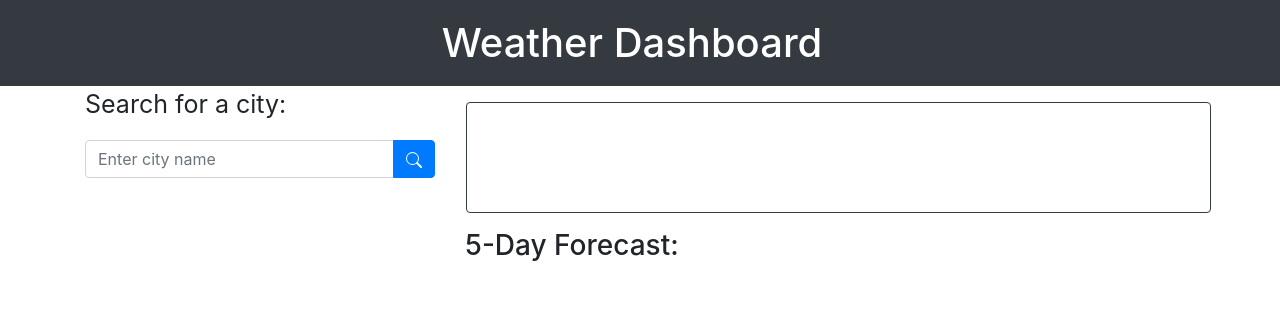
Repository: himaja830/Weather-Dashboard
Page: index.html
The author's editor kept a copy of each file at every save. The page is drawn from the files as they stood at one save, then again after the next save.
The browser window is 1280 px wide. The pictures show the whole page.
Some web libraries are served in a nearby version.

Above is the page before, as saved 2020-06-29 18:43:42.

### index.html
<!DOCTYPE html>
<html lang="en">

<head>
    <meta charset="UTF-8">
    <meta name="viewport" content="width=device-width, initial-scale=1.0">
    <title>Weather Dashboard</title>
    <link rel="stylesheet" href="https://stackpath.bootstrapcdn.com/bootstrap/4.5.0/css/bootstrap.min.css"
        integrity="sha384-9aIt2nRpC12Uk9gS9baDl411NQApFmC26EwAOH8WgZl5MYYxFfc+NcPb1dKGj7Sk" crossorigin="anonymous">
    <link rel="stylesheet" href="assets/style.css">
</head>

<body>
    <nav class="navbar navbar-dark bg-dark">
        <span class="navbar-brand mb-0 h1 w-100 text-center">Weather Dashboard</span>
    </nav>
    <div class="container">
        <div class="row">
            <div class="col-4">
                <p class="searchHeader">Search for a city:</p>
                <div class="input-group mb-3">
                    <input id="city-input" type="text" class="form-control" placeholder="Enter city name"
                        aria-label="Enter city name">
                    <div class="input-group-append">
                        <button class="btn btn-primary" type="button" id="button-addon2">
                            <svg width="1em" height="1em" viewBox="0 0 16 16" class="bi bi-search" fill="currentColor"
                                xmlns="http://www.w3.org/2000/svg">
                                <path fill-rule="evenodd"
                                    d="M10.442 10.442a1 1 0 0 1 1.415 0l3.85 3.85a1 1 0 0 1-1.414 1.415l-3.85-3.85a1 1 0 0 1 0-1.415z" />
                                <path fill-rule="evenodd"
                                    d="M6.5 12a5.5 5.5 0 1 0 0-11 5.5 5.5 0 0 0 0 11zM13 6.5a6.5 6.5 0 1 1-13 0 6.5 6.5 0 0 1 13 0z" />
                            </svg>
                        </button>
                    </div>
                </div>
                <form id="searchHistory"></form>
            </div>
            <div class="col-8">
                <div class="row mr-0">
                    <div class="col-12 border border-dark m-3 rounded">
                        <div class="row">
                            <div class="col-12">
                                <span id="city-name" class="city-name align-middle"></span>
                                <img id="wicon" src="" alt="">

                             </div>
                        </div>
                        <div class="row">
                            <div class="col-12">
                                <p id="temperature"></p>
                            </div>
                        </div>
                        <div class="row">
                            <div class="col-12">
                                <p id="humidity"></p>
                            </div>
                        </div>
                        <div class="row">
                            <div class="col-12">
                                <p id="wind-speed"></p>
                            </div>
                        </div>
                        <div class="row">
                            <div class="col-12 d-flex">
                                <p id="UV-index"></p>
                            </div>
                        </div>
                    </div>
                </div>
                <div class="row">
                    <div class="col-12">
                        <h3>5-Day Forecast:</h3>
                    </div>
                </div>
                <div class="row">
                    <div class="col forecast bg-primary text-white ml-3 mb-3 rounded" id="#day2"></div>
                    <div class="col forecast bg-primary text-white ml-3 mb-3 rounded" id="#day3"></div>
                    <div class="col forecast bg-primary text-white ml-3 mb-3 rounded" id="#day4"></div>
                    <div class="col forecast bg-primary text-white ml-3 mb-3 rounded"id="#day5"></div>
                    <div class="col forecast bg-primary text-white ml-3 mb-3 rounded" id="#day6"></div>
                </div>
            </div>
        </div>
    </div>
    <script src="https://cdnjs.cloudflare.com/ajax/libs/moment.js/2.20.1/moment.min.js"></script>
    <script src="https://cdnjs.cloudflare.com/ajax/libs/jquery/3.2.1/jquery.min.js"></script>
    <script src="assets/script.js"></script>
</body>

</html>

### assets/style.css
.navbar-brand{
    font-size:40px;
}
.searchHeader{
    font-size: 25px;
}
.city-name{
    font-size: 30px;
}

### assets/script.js
$(document).ready(function(){
//getWeatherData function re-renders the HTMLto display the appropriate content
$("#button-addon2").on("click",function(event) {
    event.preventDefault();
var now = moment().format("MMM Do YY");
var cityName = $("#city-input").val();
var apiKey = "5f584dea4905bdcfd827fd723b8f4edf";
var queryURL = "https://api.openweathermap.org/data/2.5/weather?q=" +cityName+"&units=imperial&appid=" + apiKey;
//Creating an AJAX call for the specific search button being clicked
$.ajax({
    url: queryURL,
    method: "GET"
}).then(function(response){
    $("#city-name").html(response.name + " (" + now + ")" );
   var weatherIcon = response.weather[0].icon;
   var iconUrl = "http://openweathermap.org/img/w/"+weatherIcon+".png";
   $("#wicon").attr("src",iconUrl);
   $("#wicon").attr("alt",response.weather[0].description);
    $("#temperature").text("Temperature:"+response.main.temp+"°F");
    $("#humidity").text("Humidity:"+response.main.humidity+"%");
    $("#wind-speed").text("Wind Speed:"+response.wind.speed+"MPH");
//generating lat & lon values from response
    var lat = response.coord.lat;
    var lon = response.coord.lon;
    var uvURL = "http://api.openweathermap.org/data/2.5/uvi?appid="+ apiKey+ "&lat=" + lat + "&lon=" + lon + "&cnt=1";
//Creating AJAX call for UV index
$.ajax({
    url: uvURL,
    method: "GET"
}).then(function(response1){
    $("#UV-index").text("UV Index:"+response1.value);
    $("#UV-index").attr("class",".badge badge-danger");
//Making ajax call request to open Weather one call API to generate weather details for next 5 days
    var forecastURl = "https://api.openweathermap.org/data/2.5/onecall?lat="+lat+"&lon="+lon+"&units=imperial&exclude=hourly,minutely,current&appid="+apiKey;
    console.log(forecastURl);
    $("#day2").text("("+now+")");
    $("#day3")


})








})




    })
})

After the next save:
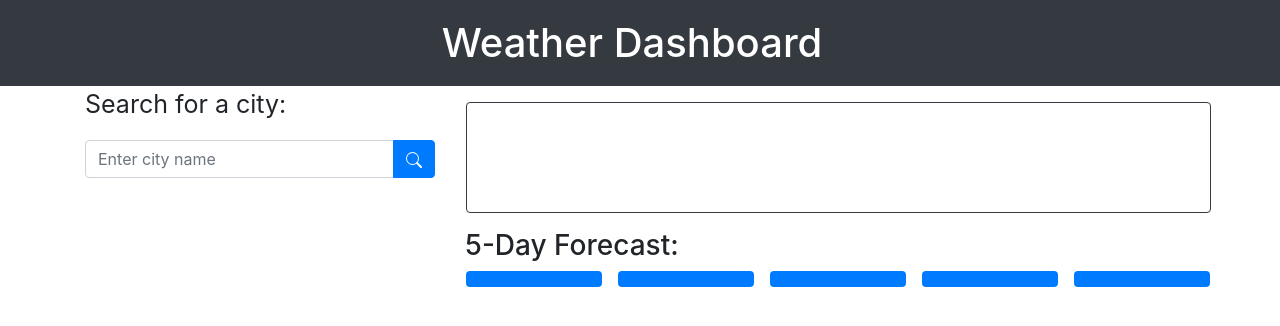
Saved 101 s later.
--- a/index.html
+++ b/index.html
@@ -73,11 +73,21 @@
                     </div>
                 </div>
                 <div class="row">
-                    <div class="col forecast bg-primary text-white ml-3 mb-3 rounded" id="#day2"></div>
-                    <div class="col forecast bg-primary text-white ml-3 mb-3 rounded" id="#day3"></div>
-                    <div class="col forecast bg-primary text-white ml-3 mb-3 rounded" id="#day4"></div>
-                    <div class="col forecast bg-primary text-white ml-3 mb-3 rounded"id="#day5"></div>
-                    <div class="col forecast bg-primary text-white ml-3 mb-3 rounded" id="#day6"></div>
+                    <div class="col forecast bg-primary text-white ml-3 mb-3 rounded" id="#day2">
+                        <p></p>
+                    </div>
+                    <div class="col forecast bg-primary text-white ml-3 mb-3 rounded" id="#day3">
+                        <p></p>
+                    </div>
+                    <div class="col forecast bg-primary text-white ml-3 mb-3 rounded" id="#day4">
+                        <p></p>
+                    </div>
+                    <div class="col forecast bg-primary text-white ml-3 mb-3 rounded"id="#day5">
+                        <p></p>
+                    </div>
+                    <div class="col forecast bg-primary text-white ml-3 mb-3 rounded" id="#day6">
+                        <p></p>
+                    </div>
                 </div>
             </div>
         </div>

After the 3 saves that followed:
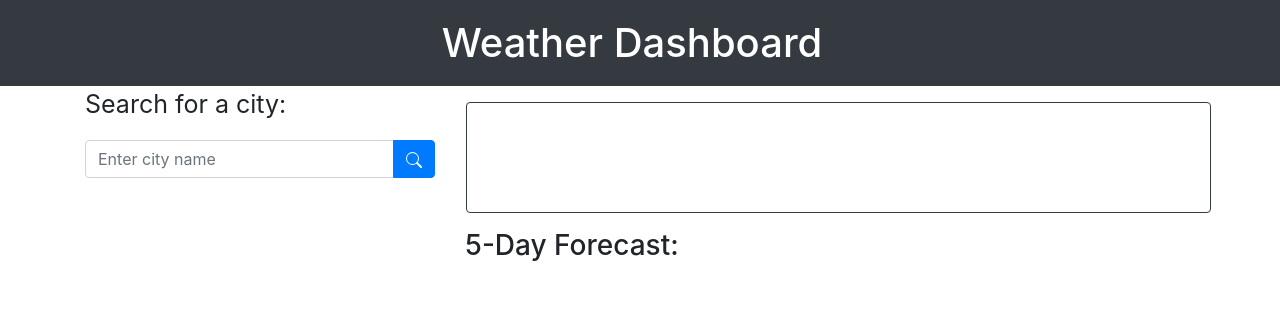
The 3 saves are shown as one change because 2 left the picture as it was.
The last was saved 3 min 38 s later.
--- a/index.html
+++ b/index.html
@@ -74,19 +74,19 @@
                 </div>
                 <div class="row">
                     <div class="col forecast bg-primary text-white ml-3 mb-3 rounded" id="#day2">
-                        <p></p>
+
                     </div>
                     <div class="col forecast bg-primary text-white ml-3 mb-3 rounded" id="#day3">
-                        <p></p>
+
                     </div>
                     <div class="col forecast bg-primary text-white ml-3 mb-3 rounded" id="#day4">
-                        <p></p>
+
                     </div>
                     <div class="col forecast bg-primary text-white ml-3 mb-3 rounded"id="#day5">
-                        <p></p>
+
                     </div>
                     <div class="col forecast bg-primary text-white ml-3 mb-3 rounded" id="#day6">
-                        <p></p>
+
                     </div>
                 </div>
             </div>
--- a/assets/script.js
+++ b/assets/script.js
@@ -27,14 +27,13 @@ $.ajax({
 $.ajax({
     url: uvURL,
     method: "GET"
-}).then(function(response1){
-    $("#UV-index").text("UV Index:"+response1.value);
+}).then(function(response){
+    $("#UV-index").text("UV Index:"+response.value);
     $("#UV-index").attr("class",".badge badge-danger");
 //Making ajax call request to open Weather one call API to generate weather details for next 5 days
     var forecastURl = "https://api.openweathermap.org/data/2.5/onecall?lat="+lat+"&lon="+lon+"&units=imperial&exclude=hourly,minutely,current&appid="+apiKey;
     console.log(forecastURl);
-    $("#day2").text("("+now+")");
-    $("#day3")
+
 
 
 })
